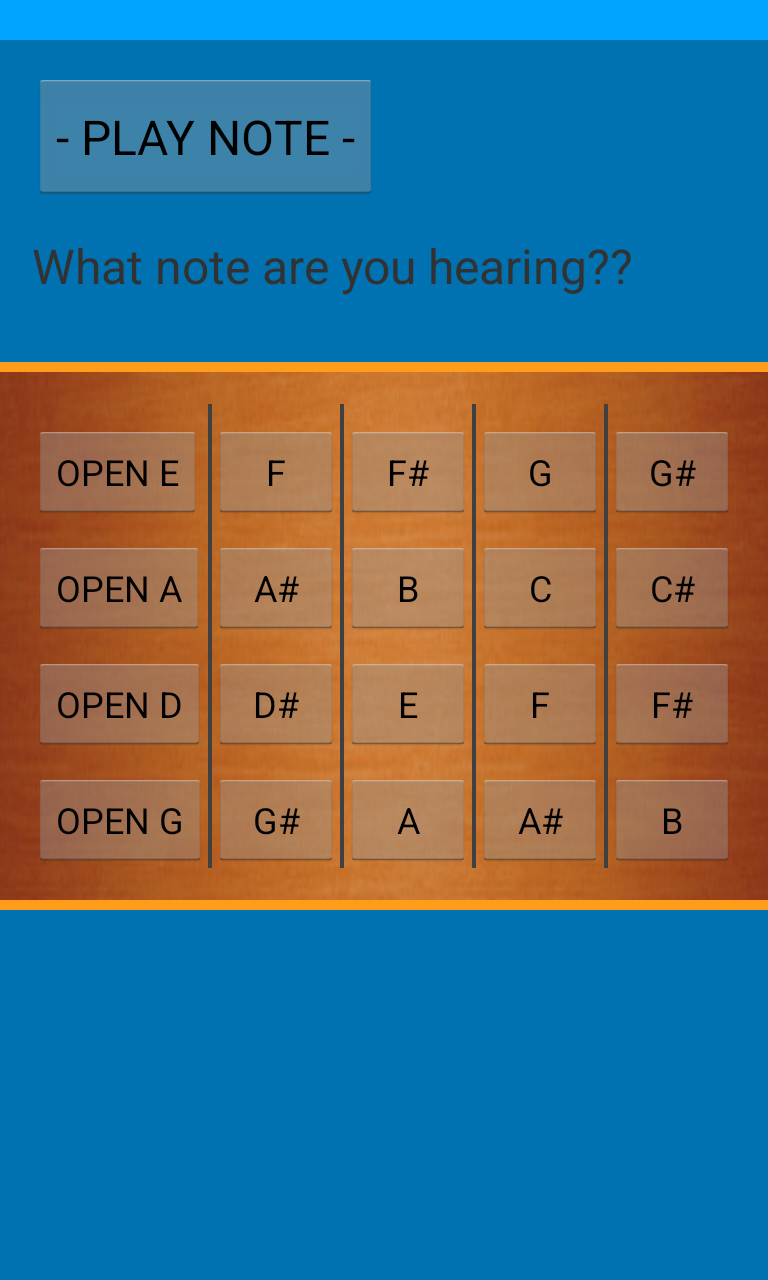
Repository: elliott-ribner/android-guitar-trainer
Layout: randomnotegenerator/res/layout/activity_main.xml
An editor plug-in stored every save of this project. The layout is shown before and after the next save, followed by the edit.
It is drawn on a 768 x 1280 px phone screen (xhdpi) without system bars, with theme AppTheme; the app's code is not run.

Above is the layout before, as saved 2014-06-09 01:13:21.

### randomnotegenerator/res/layout/activity_main.xml
<LinearLayout xmlns:android="http://schemas.android.com/apk/res/android"
    xmlns:tools="http://schemas.android.com/tools"
    android:layout_width="match_parent"
    android:layout_height="match_parent"
    android:background="#0072B2"
    android:orientation="vertical"
    tools:context="com.elliott.randomnotegenerator.MainActivity$PlaceholderFragment" >

    <LinearLayout
        android:layout_width="fill_parent"
        android:layout_height="20dip"
        android:background="#00A3FF"

        android:paddingBottom="@dimen/activity_vertical_margin"
        android:paddingLeft="@dimen/activity_horizontal_margin"
        android:paddingRight="@dimen/activity_horizontal_margin"
        android:paddingTop="@dimen/activity_vertical_margin" />
    <LinearLayout
        android:layout_width="fill_parent"
        android:layout_height="wrap_content"

        android:orientation="vertical"
        android:paddingBottom="@dimen/activity_vertical_margin"
        android:paddingLeft="@dimen/activity_horizontal_margin"
        android:paddingRight="@dimen/activity_horizontal_margin"
        android:paddingTop="@dimen/activity_vertical_margin" >

        <Button
            android:id="@+id/ButtonPlay"
            android:layout_width="wrap_content"
            android:layout_height="wrap_content"
            android:paddingBottom="@dimen/activity_vertical_margin"
            android:paddingTop="@dimen/activity_vertical_margin"
            android:text="@string/play"
            android:textSize="24sp" />

        <TextView
            android:id="@+id/promptBox"
            android:layout_width="wrap_content"
            android:layout_height="wrap_content"
            android:paddingBottom="@dimen/activity_vertical_margin"
            android:paddingTop="@dimen/activity_vertical_margin"
            android:text="@string/prompt"
            android:textSize="24sp" />
    </LinearLayout>
<LinearLayout
        android:layout_width="fill_parent"
        android:layout_height="5dip"
        android:background="#FF9C19"

        android:paddingBottom="@dimen/activity_vertical_margin"
        android:paddingLeft="@dimen/activity_horizontal_margin"
        android:paddingRight="@dimen/activity_horizontal_margin"
        android:paddingTop="@dimen/activity_vertical_margin" />

        <LinearLayout
            android:layout_width="fill_parent"
            android:layout_height="wrap_content"
             android:background="@drawable/background"
            android:orientation="horizontal"
            android:paddingBottom="@dimen/activity_vertical_margin"
        android:paddingLeft="@dimen/activity_horizontal_margin"
        android:paddingRight="@dimen/activity_horizontal_margin"
        android:paddingTop="@dimen/activity_vertical_margin"  >

            <LinearLayout
                android:layout_width="wrap_content"
                android:layout_height="wrap_content"
                android:orientation="vertical" >

                <Button
                    android:id="@+id/ButtonEL"
                    android:layout_width="wrap_content"
                    android:layout_height="wrap_content"
                    android:layout_marginTop="10dp"
                    android:text="@string/el" />

                <Button
                    android:id="@+id/ButtonAL"
                    android:layout_width="wrap_content"
                    android:layout_height="wrap_content"
                    android:layout_marginTop="10dp"
                    android:text="@string/al" />

                <Button
                    android:id="@+id/ButtonD"
                    android:layout_width="wrap_content"
                    android:layout_height="wrap_content"
                    android:layout_marginTop="10dp"
                    android:text="@string/d" />

                <Button
                    android:id="@+id/ButtonG"
                    android:layout_width="wrap_content"
                    android:layout_height="wrap_content"
                    android:layout_marginTop="10dp"
                    android:text="@string/g" />
            </LinearLayout>

            <View
                android:layout_width="2dip"
                android:layout_height="fill_parent"
                android:background="#404040" />

            <LinearLayout
                android:layout_width="wrap_content"
                android:layout_height="wrap_content"
                android:orientation="vertical" >

                <Button
                    android:id="@+id/ButtonFL"
                    android:layout_width="wrap_content"
                    android:layout_height="wrap_content"
                    android:layout_marginTop="10dp"
                    android:text="@string/fl" />

                <Button
                    android:id="@+id/ButtonASL"
                    android:layout_width="wrap_content"
                    android:layout_height="wrap_content"
                    android:layout_marginTop="10dp"
                    android:text="@string/asl" />

                <Button
                    android:id="@+id/ButtonDS"
                    android:layout_width="wrap_content"
                    android:layout_height="wrap_content"
                    android:layout_marginTop="10dp"
                    android:text="@string/ds" />

                <Button
                    android:id="@+id/ButtonGS"
                    android:layout_width="wrap_content"
                    android:layout_height="wrap_content"
                    android:layout_marginTop="10dp"
                    android:text="@string/gs" />
            </LinearLayout>

            <View
                android:layout_width="2dip"
                android:layout_height="fill_parent"
                android:background="#404040" />

            <LinearLayout
                android:layout_width="wrap_content"
                android:layout_height="wrap_content"
                android:orientation="vertical" >

                <Button
                    android:id="@+id/ButtonFSL"
                    android:layout_width="wrap_content"
                    android:layout_height="wrap_content"
                    android:layout_marginTop="10dp"
                    android:text="@string/fsl" />

                <Button
                    android:id="@+id/ButtonBL"
                    android:layout_width="wrap_content"
                    android:layout_height="wrap_content"
                    android:layout_marginTop="10dp"
                    android:text="@string/bl" />

                <Button
                    android:id="@+id/ButtonE"
                    android:layout_width="wrap_content"
                    android:layout_height="wrap_content"
                    android:layout_marginTop="10dp"
                    android:text="@string/e" />

                <Button
                    android:id="@+id/ButtonA"
                    android:layout_width="wrap_content"
                    android:layout_height="wrap_content"
                    android:layout_marginTop="10dp"
                    android:text="@string/a" />
            </LinearLayout>

            <View
                android:layout_width="2dip"
                android:layout_height="fill_parent"
                android:background="#404040" />

            <LinearLayout
                android:layout_width="wrap_content"
                android:layout_height="wrap_content"
                android:orientation="vertical" >

                <Button
                    android:id="@+id/ButtonGL"
                    android:layout_width="wrap_content"
                    android:layout_height="wrap_content"
                    android:layout_marginTop="10dp"
                    android:text="@string/gl" />

                <Button
                    android:id="@+id/ButtonC"
                    android:layout_width="wrap_content"
                    android:layout_height="wrap_content"
                    android:layout_marginTop="10dp"
                    android:text="@string/c" />

                <Button
                    android:id="@+id/ButtonF"
                    android:layout_width="wrap_content"
                    android:layout_height="wrap_content"
                    android:layout_marginTop="10dp"
                    android:text="@string/f" />

                <Button
                    android:id="@+id/ButtonAS"
                    android:layout_width="wrap_content"
                    android:layout_height="wrap_content"
                    android:layout_marginTop="10dp"
                    android:text="@string/as" />
            </LinearLayout>

            <View
                android:layout_width="2dip"
                android:layout_height="fill_parent"
                android:background="#404040" />

            <LinearLayout
                android:layout_width="wrap_content"
                android:layout_height="wrap_content"
                android:orientation="vertical" >

                <Button
                    android:id="@+id/ButtonGSL"
                    android:layout_width="wrap_content"
                    android:layout_height="wrap_content"
                    android:layout_marginTop="10dp"
                    android:text="@string/gsl" />

                <Button
                    android:id="@+id/ButtonCS"
                    android:layout_width="wrap_content"
                    android:layout_height="wrap_content"
                    android:layout_marginTop="10dp"
                    android:text="@string/cs" />

                <Button
                    android:id="@+id/ButtonFS"
                    android:layout_width="wrap_content"
                    android:layout_height="wrap_content"
                    android:layout_marginTop="10dp"
                    android:text="@string/fs" />

                <Button
                    android:id="@+id/ButtonB"
                    android:layout_width="wrap_content"
                    android:layout_height="wrap_content"
                    android:layout_marginTop="10dp"
                    android:text="@string/b" />
            </LinearLayout>

        </LinearLayout>

    <LinearLayout
        android:layout_width="fill_parent"
        android:layout_height="5dip"
        android:background="#FF9C19"

        android:paddingBottom="@dimen/activity_vertical_margin"
        android:paddingLeft="@dimen/activity_horizontal_margin"
        android:paddingRight="@dimen/activity_horizontal_margin"
        android:paddingTop="@dimen/activity_vertical_margin" />



         <LinearLayout
        android:layout_width="fill_parent"
        android:layout_height="wrap_content"
        android:orientation="vertical"

        android:paddingBottom="@dimen/activity_vertical_margin"
        android:paddingLeft="@dimen/activity_horizontal_margin"
        android:paddingRight="@dimen/activity_horizontal_margin"
        android:paddingTop="@dimen/activity_vertical_margin" >

        <TextView
            android:id="@+id/resultBox"
            android:layout_width="wrap_content"
            android:layout_height="wrap_content"
            android:text="@string/result"
            android:textSize="24sp" />
    </LinearLayout>

</LinearLayout>

### randomnotegenerator/res/values/strings.xml
<?xml version="1.0" encoding="utf-8"?>
<resources>

    <string name="app_name">Bass Guitar Ear Trainer</string>
    <string name="hello_world">Hello world!</string>
    <string name="action_settings">Settings</string>
	<string name="play">- PLAY NOTE -</string>
	<string name="prompt">What note are you hearing??</string>
	<string name="result"></string>
	<string name="c">C</string>
	<string name="cs">C#</string>
	<string name="d">OPEN D</string>
	<string name="ds">D#</string>
	<string name="e">E</string>
	<string name="f">F</string>
	<string name="fs">F#</string>
	<string name="g">OPEN G</string>
	<string name="gs">G#</string>
	<string name="a"> A</string>
	<string name="as">A#</string>
	<string name="b">B</string>
	<string name="el">OPEN E</string>
	<string name="fl">F</string>
	<string name="fsl">F#</string>
	<string name="gl">G</string>
	<string name="gsl">G#</string>
	<string name="al">OPEN A</string>
	<string name="asl">A#</string>
	<string name="bl">B</string>

</resources>

Loaded but not shown: randomnotegenerator/res/values/styles.xml (common file); randomnotegenerator/res/values-v11/styles.xml (common file); randomnotegenerator/res/values-v14/styles.xml (common file); randomnotegenerator/res/values/dimens.xml (common file); randomnotegenerator/res/values-w820dp/dimens.xml (common file)

After the next save:
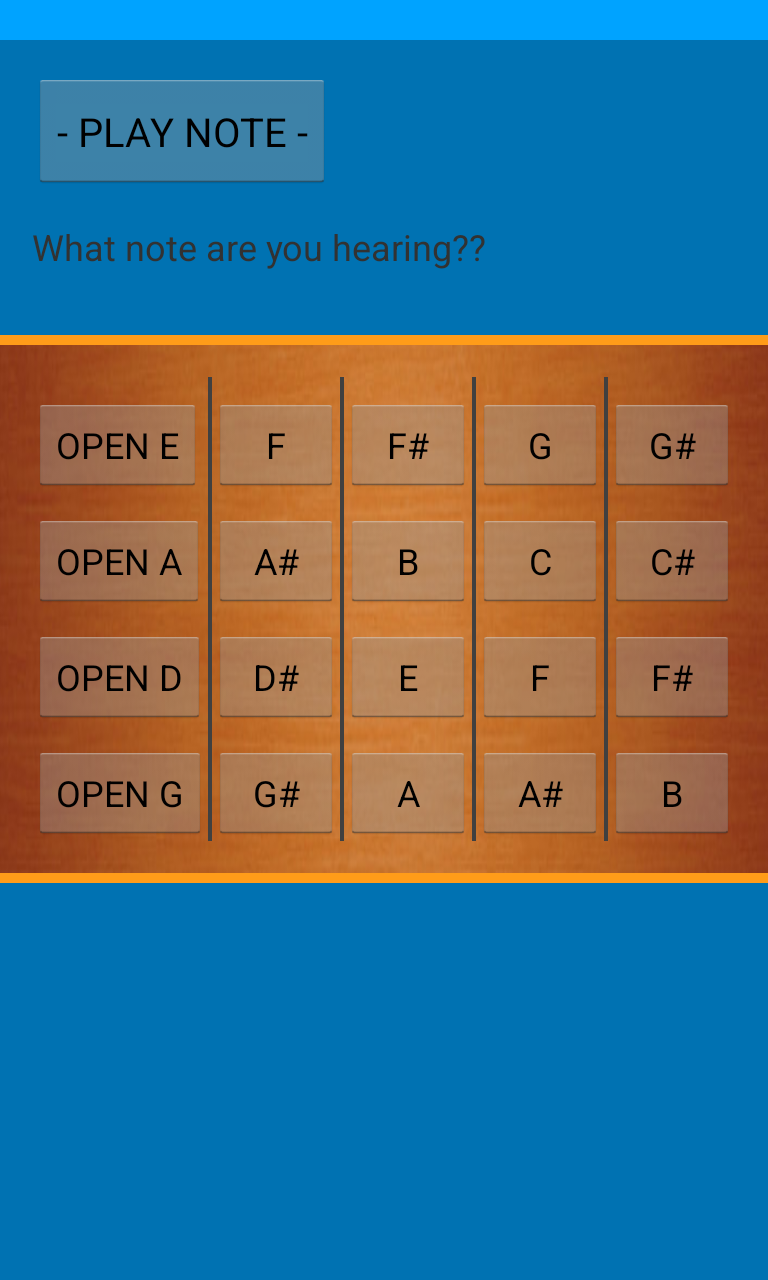
Saved 2 min 47 s later.
--- a/randomnotegenerator/res/layout/activity_main.xml
+++ b/randomnotegenerator/res/layout/activity_main.xml
@@ -32,7 +32,7 @@
             android:paddingBottom="@dimen/activity_vertical_margin"
             android:paddingTop="@dimen/activity_vertical_margin"
             android:text="@string/play"
-            android:textSize="24sp" />
+            android:textSize="20sp" />
 
         <TextView
             android:id="@+id/promptBox"
@@ -41,7 +41,7 @@
             android:paddingBottom="@dimen/activity_vertical_margin"
             android:paddingTop="@dimen/activity_vertical_margin"
             android:text="@string/prompt"
-            android:textSize="24sp" />
+            android:textSize="18sp" />
     </LinearLayout>
 <LinearLayout
         android:layout_width="fill_parent"
